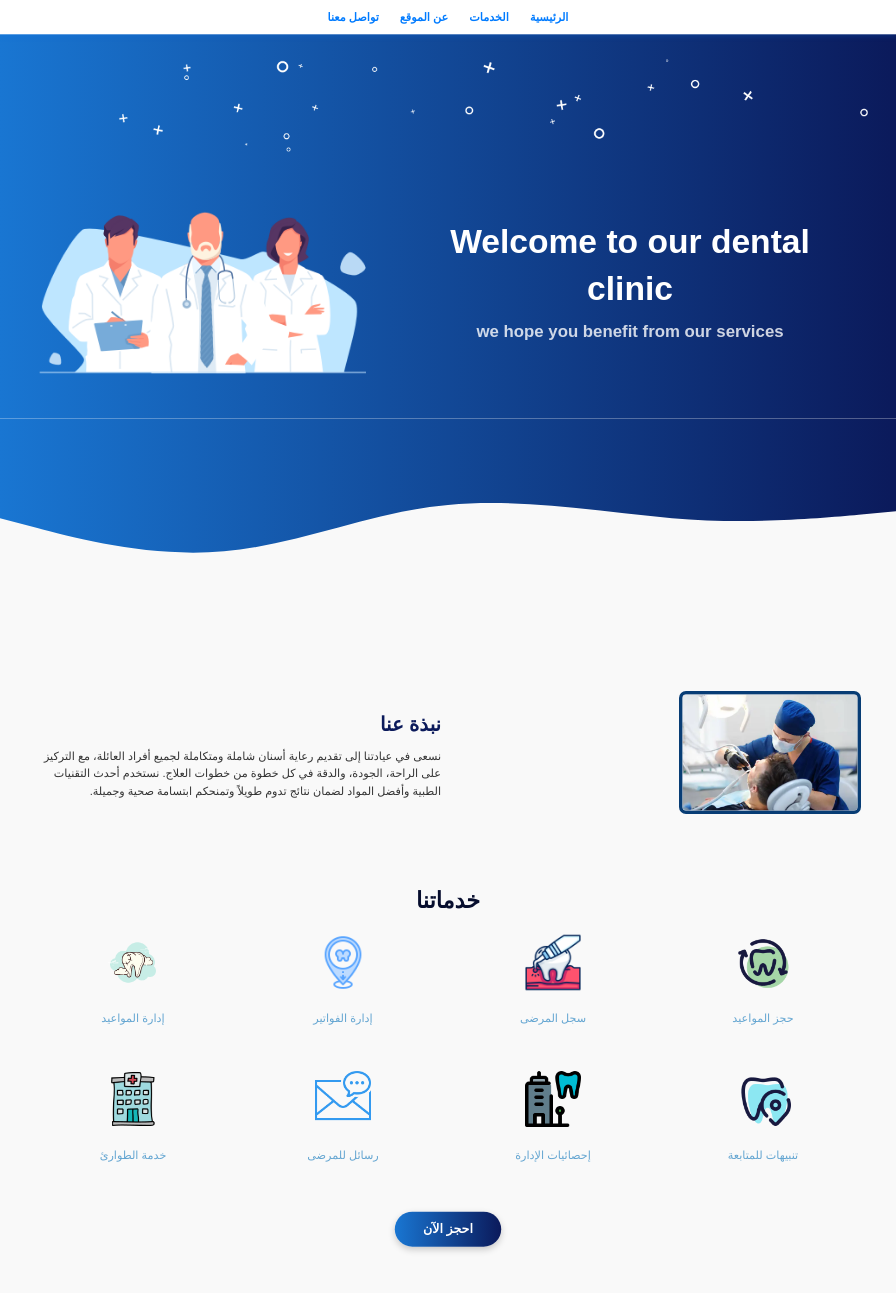
Repository: mysite4/s
Page: http://localhost/
An editor plug-in stored every save of this project. The page is shown before and after the next save, followed by the edit.
The browser window is 1280 px wide. The pictures show the whole page, at 70% of full size.
Some web fonts or font styles are not loaded; a fallback is used. The page is served by the project's application, run on Django 5.2 (manage.py). Other server files are loaded and not shown.

Above is the page before, as saved 2025-10-22 14:17:06.

### main/templates/home.html
{% load static %}
<!DOCTYPE html>
<html lang="ar" dir="rtl">
<head>
<meta charset="UTF-8">
<meta name="viewport" content="width=device-width, initial-scale=1.0">
<title>هيدر مثل Clindo</title>
<link href="https://fonts.googleapis.com/css2?family=Cairo:wght@200..1000&display=swap" rel="stylesheet">
<link rel="stylesheet" href="{% static 'css/style.css' %}">
</head>
<body>

<nav>
  <ul>
    <li><a href="#">الرئيسية</a></li>
    <li><a href="#">الخدمات</a></li>
    <li><a href="#">عن الموقع</a></li>
    <li><a href="#">تواصل معنا</a></li>
  </ul>
</nav>

<header>
  <div class="header-image">
    <img src="{% static 'image/44.png' %}" alt="صورة شفافة">
  </div>
  <div class="header-content">
    <div class="header-text">
      <h1>Welcome to our dental clinic</h1>
      <h3>we hope you benefit from our services</h3>
    </div>
    <div class="header-icon">
      <img src="{% static 'image/r.png.png' %}" alt="ريم">
    </div>
  </div>
</header>

<!-- موجة -->
<svg class="waves" xmlns="http://www.w3.org/2000/svg" viewBox="0 0 1440 320">
  <defs>
    <linearGradient id="waveGradient" x1="0%" y1="0%" x2="100%" y2="0%">
      <stop offset="0%" style="stop-color:#1976d2;stop-opacity:1" />
      <stop offset="100%" style="stop-color:#0b1a5b;stop-opacity:1"/>
    </linearGradient>
  </defs>
  <path fill="url(#waveGradient)" d="M0,160L60,176C120,192,240,224,360,213.3C480,203,600,149,720,138.7C840,128,960,149,1080,160C1200,171,1320,160,1380,154.7L1440,149L1440,0L0,0Z"></path>
</svg>

<main>
  <!-- قسم نبذة عنا -->
  <div class="about-section">
    <div class="about-image">
      <img src="{% static 'image/9.webp' %}" alt="صورة طبيب أسنان">
    </div>
    <div class="about-text">
      <h2>نبذة عنا</h2>
      <p>
        نسعى في عيادتنا إلى تقديم رعاية أسنان شاملة ومتكاملة لجميع أفراد العائلة، مع التركيز على الراحة، الجودة، والدقة في كل خطوة من خطوات العلاج.
        نستخدم أحدث التقنيات الطبية وأفضل المواد لضمان نتائج تدوم طويلاً وتمنحكم ابتسامة صحية وجميلة.
      </p>
    </div>
  </div>

  <!-- قسم خدماتنا -->
  <section class="services-section">
    <h2>خدماتنا</h2>
    <div class="services-container">
      <div class="service-item">
        <img src="{% static 'image/5.png' %}" alt="خدمة 1">
        <p>حجز المواعيد</p>
      </div>
      <div class="service-item">
        <img src="{% static 'image/7.png' %}" alt="خدمة 2">
        <p>سجل المرضى</p>
      </div>
      <div class="service-item">
        <img src="{% static 'image/2.png' %}" alt="خدمة 3">
        <p>إدارة الفواتير</p>
      </div>
      <div class="service-item">
        <img src="{% static 'image/4.png' %}" alt="خدمة 4">
        <p>إدارة المواعيد</p>
      </div>
      <div class="service-item">
        <img src="{% static 'image/6.png' %}" alt="خدمة 5">
        <p>تنبيهات للمتابعة</p>
      </div>
      <div class="service-item">
        <img src="{% static 'image/3.png' %}" alt="خدمة 6">
        <p>إحصائيات الإدارة</p>
      </div>
      <div class="service-item">
        <img src="{% static 'image/8.png' %}" alt="خدمة 7">
        <p>رسائل للمرضى</p>
      </div>
      <div class="service-item">
        <img src="{% static 'image/1.png' %}" alt="خدمة 8">
        <p>خدمة الطوارئ</p>
      </div>
    </div>
       <div class="book-button">
  <a href="{% url 'booking_page' %}">احجز الآن</a>
</div>
  </section>
</main>

</body>
</html>

### main/views.py
from django.shortcuts import render

def home(request):
    return render(request, 'home.html')
from django.shortcuts import render

def booking_page(request):
    return render(request, 'booking.html')
from django.shortcuts import render, redirect
from .forms import AppointmentForm

def booking_page(request):
    if request.method == 'POST':
        form = AppointmentForm(request.POST)
        if form.is_valid():
            form.save()
            return render(request, 'booking_success.html')
    else:
        form = AppointmentForm()
    return render(request, 'booking.html', {'form': form})

### mysite/urls.py
"""
URL configuration for mysite project.

The `urlpatterns` list routes URLs to views. For more information please see:
    https://docs.djangoproject.com/en/5.2/topics/http/urls/
Examples:
Function views
    1. Add an import:  from my_app import views
    2. Add a URL to urlpatterns:  path('', views.home, name='home')
Class-based views
    1. Add an import:  from other_app.views import Home
    2. Add a URL to urlpatterns:  path('', Home.as_view(), name='home')
Including another URLconf
    1. Import the include() function: from django.urls import include, path
    2. Add a URL to urlpatterns:  path('blog/', include('blog.urls'))
"""
from django.contrib import admin
from django.urls import path, include

urlpatterns = [
    path('admin/', admin.site.urls),
    path('', include('main.urls')),
]

### main/urls.py
from django.urls import path
from . import views

urlpatterns = [
    path('', views.home, name='home'),
    path('booking/', views.booking_page, name='booking_page'),
]

### main/static/css/style.css
/* إعدادات عامة */
html, body {
  margin: 0;
  padding: 0;
  width: 100%;
  font-family: 'Cairo', sans-serif;
  background-color: #f9f9f9;
}

/* Navbar */
nav {
  width: 100%;
  background-color: #ffffff;
  box-shadow: 0 4px 8px rgba(0, 123, 255, 0.2);
  position: fixed;
  top: 0;
  z-index: 1000;
}

nav ul {
  display: flex;
  justify-content: center;
  list-style: none;
  margin: 0;
  padding: 0 30px;
}

nav ul li {
  margin: 0 15px;
}

nav ul li a {
  text-decoration: none;
  color: #007bff;
  font-weight: 600;
  padding: 15px 0;
  display: inline-block;
  transition: color 0.3s, border-bottom 0.3s;
}

nav ul li a:hover {
  color: #0056b3;
  border-bottom: 3px solid #007bff;
}

/* صورة شفافة أسفل النافبار */
.header-image {
  width: 100%;
  margin-top: 60px; /* لتجنب تغطية النافبار */
}

.header-image img {
  width: 100%;
  height: auto;
  display: block;
}

/* Header */
header {
  position: relative;
  width: 100%;
  min-height: 200px; /* انخفاض طول الهيدر */
  overflow: hidden;
  background: linear-gradient(to left, #0b1a5b, #1976d2);
  display: flex;
  flex-direction: column;
  justify-content: center;
  align-items: center;
  padding: 20px 0 0 0;
}

/* محتوى الهيدر */
.header-content {
  display: flex;
  flex-direction: row;
  justify-content: space-between;
  align-items: center;
  width: 100%;
  max-width: 1200px;
  padding: 20px 50px;
  margin-top: 5px;
}

.header-text {
  color: white;
  max-width: 50%;
  text-align: center;
  line-height: 1.4;
  padding: 40px;
}

.header-text h1 {
  font-size: 48px;
  margin: 0;
}

.header-text h3 {
  font-size: 24px;
  margin-top: 10px;
  color: rgba(255,255,255,0.8);
}

.header-icon img {
  width: 500px;
  height: auto;
  border-radius: 15px;
}

/* قسم نبذة عنا */
.about-section {
  display: flex;
  flex-wrap: wrap;
  justify-content: space-between;
  align-items: center;
  max-width: 1200px;
  margin: 50px auto;
  gap: 20px;
}

.about-image, .about-text {
  flex: 1 1 45%;
}

.about-image img {
  width: 100%;
  max-width: 250px;
  height: auto;
  border-radius: 10px;
  border: 5px solid #083d75;
  margin: 0 auto;
}

.about-text {
  text-align: right;
}

.about-text h2 {
  font-size: 28px;
  margin-bottom: 15px;
  color: #0b1a5b;
}

.about-text p {
  font-size: 16px;
  line-height: 1.6;
  color: #333;
}

/* قسم خدماتنا */
.services-section {
  max-width: 1200px;
  margin: 100px auto 50px auto;
  text-align: center;
}

.services-section h2 {
  font-size: 32px;
  margin-bottom: 30px;
  color: #070e2e;
}

.services-container {
  display: flex;
  flex-wrap: wrap;
  justify-content: space-between;
  gap: 20px;
}

.service-item {
  flex: 1 1 22%; /* كل عمود يأخذ ربع المساحة تقريبا */
  text-align: center;
  margin-bottom: 30px;
}

.service-item img {
  width: 80px;
  height: 80px;
  margin-bottom: 10px;
}

.service-item p {
  font-size: 16px;
  color: #63a5d1;
}

/* محتوى الصفحة */
main {
  padding: 30px 50px;
  margin-top: 20px;
}

/* Media Queries */
@media (max-width: 992px) {
  .header-content {
    flex-direction: column;
    text-align: center;
    padding: 0 20px;
  }

  .header-text {
    max-width: 100%;
    margin-bottom: 20px;
    text-align: center;
  }

  .header-icon img {
    width: 80%;
  }

  nav ul {
    justify-content: center;
  }

  .service-item {
    flex: 1 1 45%; /* عمودين في الشاشات المتوسطة */
  }
}

@media (max-width: 600px) {
  .service-item {
    flex: 1 1 100%; /* عمود واحد في الشاشات الصغيرة */
  }

  .about-section {
    flex-direction: column;
    align-items: center;
  }

  .about-text {
    text-align: center;
  }

  .about-image img {
    max-width: 200px;
  }
}
.book-button {
  text-align: center;
  margin-top: 40px;
}

.book-button a {
  background: linear-gradient(to right, #1976d2, #0b1a5b);
  color: #fff;
  padding: 15px 40px;
  border-radius: 30px;
  text-decoration: none;
  font-size: 18px;
  font-weight: bold;
  transition: 0.3s ease;
  box-shadow: 0 4px 10px rgba(0, 0, 0, 0.2);
}

.book-button a:hover {
  background: linear-gradient(to right, #0b1a5b, #1976d2);
  transform: scale(1.05);
}

After the next save:
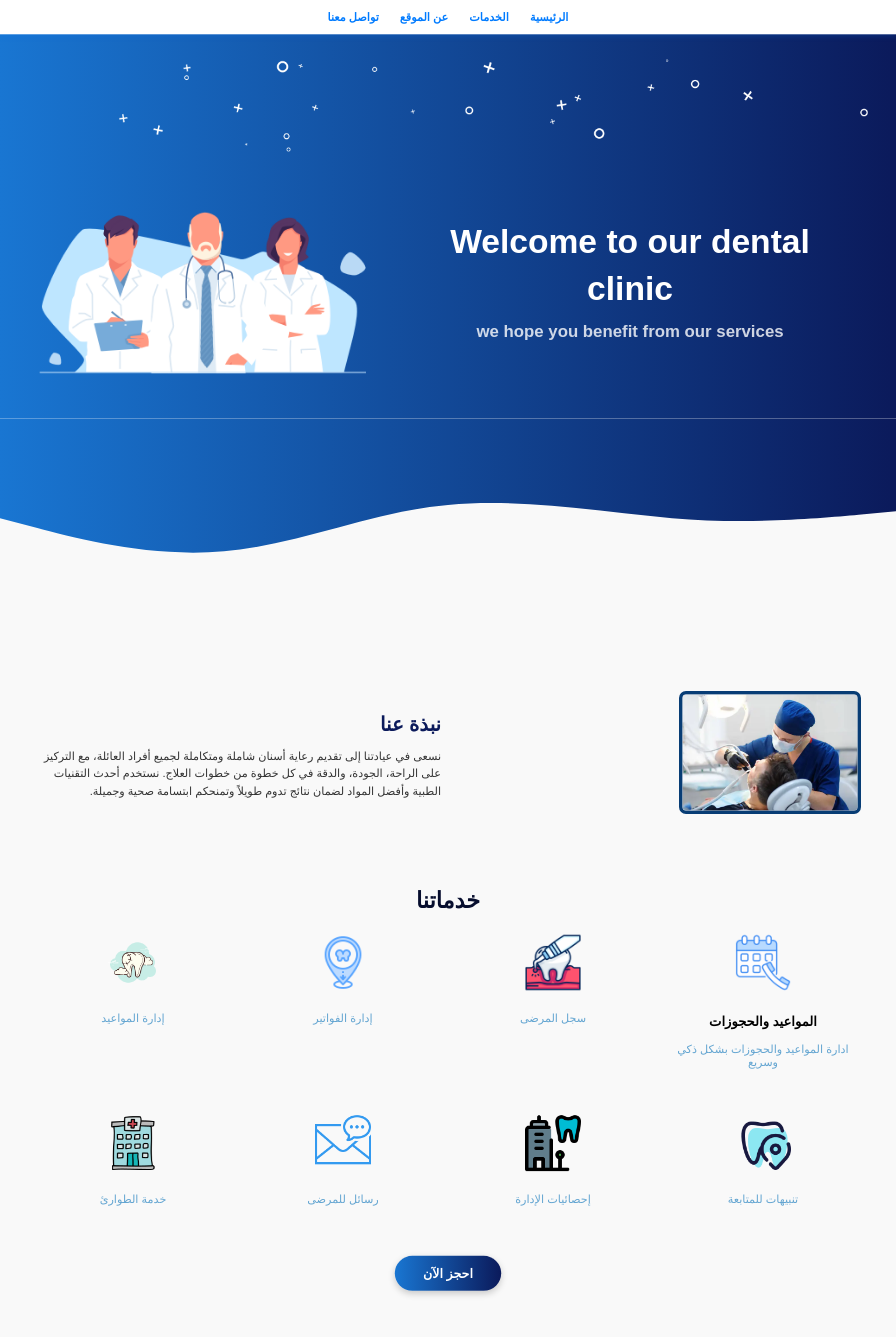
Saved 22 min 18 s later.
--- a/main/templates/home.html
+++ b/main/templates/home.html
@@ -65,8 +65,9 @@
     <h2>خدماتنا</h2>
     <div class="services-container">
       <div class="service-item">
-        <img src="{% static 'image/5.png' %}" alt="خدمة 1">
-        <p>حجز المواعيد</p>
+        <img src="{% static 'image/appointment.png' %}" alt="خدمة 1">
+        <h3>المواعيد والحجوزات</h3>
+        <p>ادارة المواعيد والحجوزات بشكل ذكي وسريع</p>
       </div>
       <div class="service-item">
         <img src="{% static 'image/7.png' %}" alt="خدمة 2">
